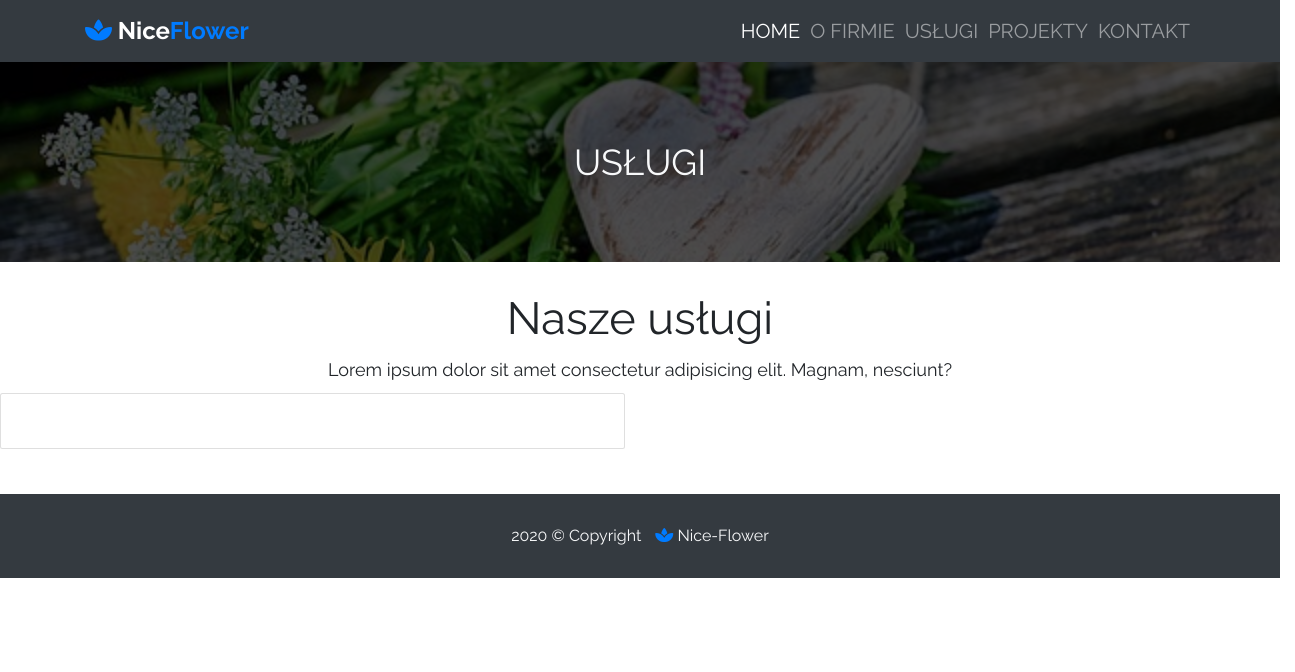
Repository: KrzysKolo/Projekt-13_Kwiaciarnia
Page: services.html
These files come from the project's save history. The page is drawn as it stood at one moment and after the next save; the edit follows.
The browser window is 1280 px wide. The page is 1295 px wide, so the pictures cover 1295 px, including what lies to the right of the window. The pictures show the whole page.
Some web libraries are served in a nearby version.

Above is the page before, as saved 2020-08-11 10:31:29.

After the next save:
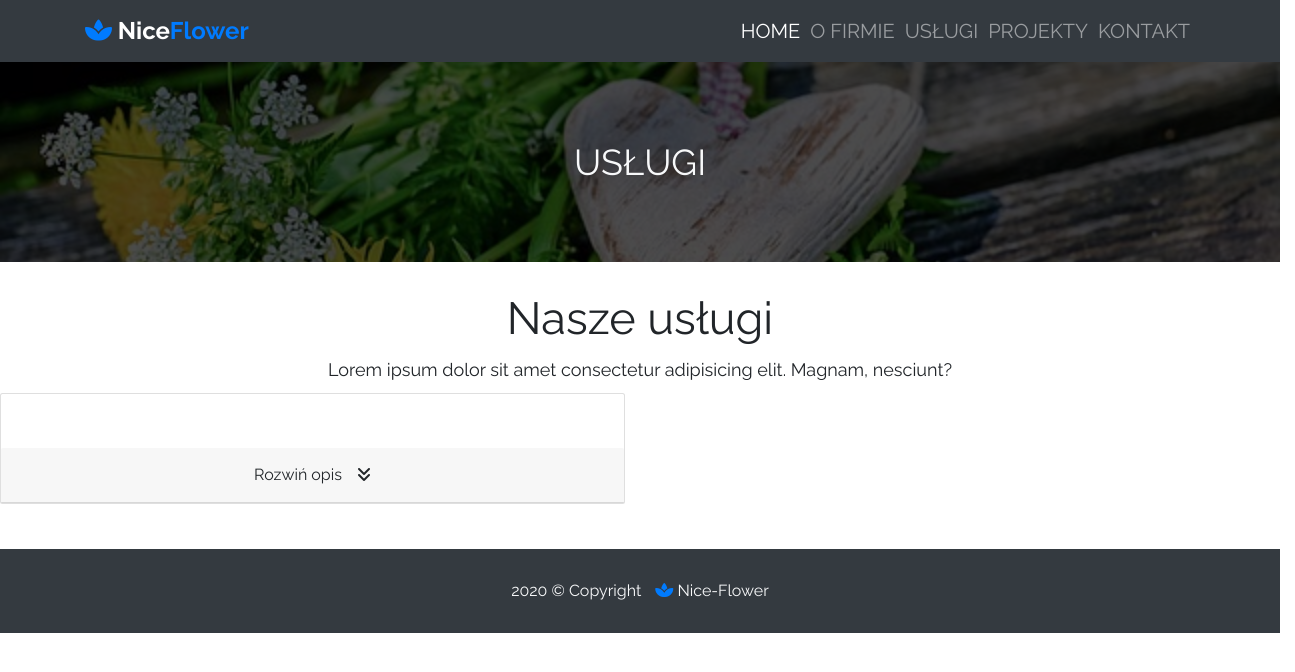
Saved 6 min 58 s later.
--- a/services.html
+++ b/services.html
@@ -78,6 +78,16 @@
                     kwiaty
                   </p>
                 </div>
+                <div
+                  data-toggle="collapse"
+                  data-target="#collapseOne"
+                  aria-expanded="true"
+                  aria-controls="collapseOne"
+                >
+                  <div class="card-header text-center py-4">
+                    Rozwiń opis<i class="fas fa-angle-double-down ml-4"></i>
+                  </div>
+                </div>
               </div>
             </div>
           </div>
